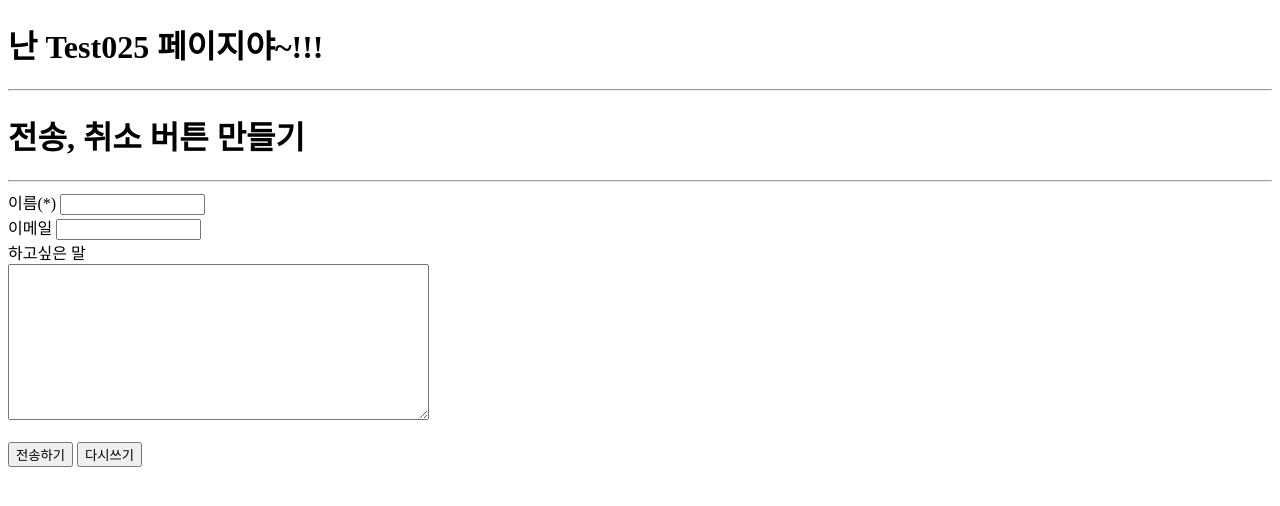
Repository: jp0301/WebStudy
Page: WebApp01/WebContent/Test025.html
These files come from the project's save history. The page is drawn as it stood at one moment and after the next save; the edit follows.
The browser window is 1280 px wide. The pictures show the whole page.

Above is the page before, as saved 2022-09-27 07:27:50.

### WebApp01/WebContent/Test025.html
<!DOCTYPE html>
<html>
<head>
<meta charset="UTF-8">
<title>Test025.html</title>
</head>
<body>

	<div>
		<h1>난 Test025 페이지야~!!!</h1>
		<hr>
	</div>

	<div>
		<h1>전송, 취소 버튼 만들기</h1>
		<hr>
	</div>

	<div>
		<!--  데이터 전송 및 페이지 요청 → submit 액션 -->
		<!-- <form action="Test025.html"> -->
		<form action="">
			이름(*) <input type="text" name="name" size="15" maxlength="8"><br>
			이메일 <input type="text" name="email" size="15" maxlength="20"><br>

			하고싶은 말<br>
			<textarea rows="10" cols="50" name="comment"></textarea>
			<br><br>

			<input type="submit" value="전송하기" name="submitBtn">
			<input type="reset" value="다시쓰기" name="resetBtn">

		</form>
	</div>
	<br><br>

</body>
</html>

After the next save:
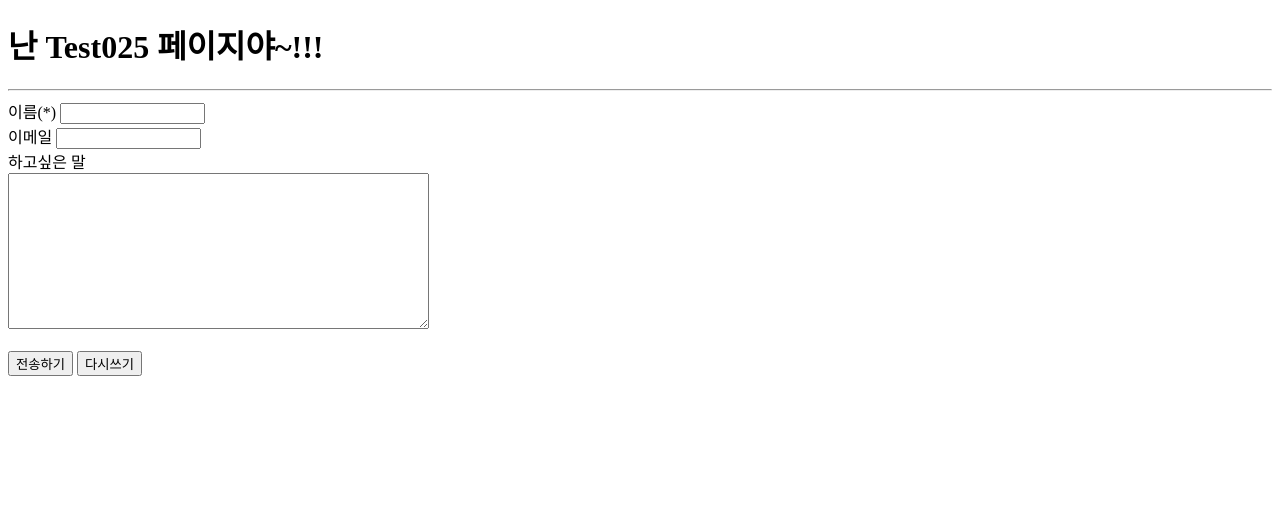
Saved 22 s later.
--- a/WebApp01/WebContent/Test025.html
+++ b/WebApp01/WebContent/Test025.html
@@ -11,15 +11,13 @@
 		<hr>
 	</div>
 
-	<div>
-		<h1>전송, 취소 버튼 만들기</h1>
-		<hr>
-	</div>
 
 	<div>
 		<!--  데이터 전송 및 페이지 요청 → submit 액션 -->
 		<!-- <form action="Test025.html"> -->
-		<form action="">
+		<!-- <form action=""> -->
+
+		<form>
 			이름(*) <input type="text" name="name" size="15" maxlength="8"><br>
 			이메일 <input type="text" name="email" size="15" maxlength="20"><br>
 
